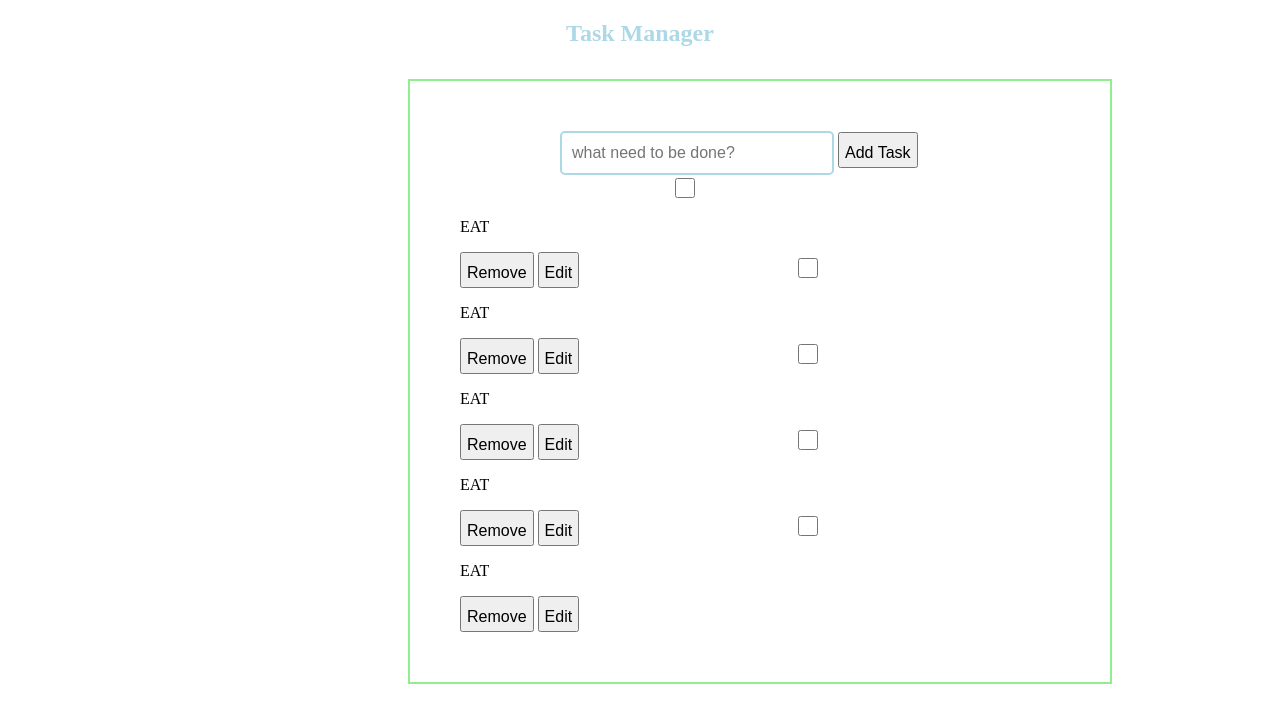
Repository: sristigupta04/basic-js-project
Page: todo app/title.html
The author's editor kept a copy of each file at every save. The page is drawn from the files as they stood at one save, then again after the next save.
The browser window is 1280 px wide. The pictures show the whole page.

Above is the page before, as saved 2025-10-28 19:03:48.

### todo app/title.html
<!DOCTYPE html>
<html lang="en">
<head>
    <meta charset="UTF-8">
    <meta name="viewport" content="width=device-width, initial-scale=1.0">
    <title>Todo App</title>
    <link rel="stylesheet" href="title.css"/>
</head>
<body>
    <h2> Task Manager</h2>
    <div class="contain">
        <input type="text" placeholder="what need to be done?"></input>
        <button>Add Task</button>

        <div class="row">
            <input type="checkbox"><p> EAT</p> <button>Remove</button> <button>Edit</button>
            <input type="checkbox"><p> EAT</p> <button>Remove</button> <button>Edit</button>
             <input type="checkbox"><p> EAT</p> <button>Remove</button> <button>Edit</button>
              <input type="checkbox"><p> EAT</p> <button>Remove</button> <button>Edit</button>
               <input type="checkbox"><p> EAT</p> <button>Remove</button> <button>Edit</button>
        </div>
    </div>
</body>
</html>

### todo app/title.css
.body{

    text-align: center;
    font-family: 'Trebuchet MS', 'Lucida Sans Unicode', 'Lucida Grande', 'Lucida Sans', Arial, sans-serif;
    margin:0;
    padding: 0;
}

h2{
color:lightblue;
margin-top: 20px;
justify-content: center;
display: flex;
}
.contain{
 border: 2px solid lightgreen;
 width:600px;
 height: auto;
 margin-left: 400px;
 margin-top: 2rem;
 padding: 50px;
}
.contain input{
    width:250px;
    height: 20px;
    padding: 10px;
    font-size: 1rem;
     border:2px solid lightblue;
     border-radius: 5px;
     outline: none;
     margin-left: 100px;

}
.contain button{
     padding:  10px 5px 4px;
       font-size:1rem;
       border;
}

After the next save:
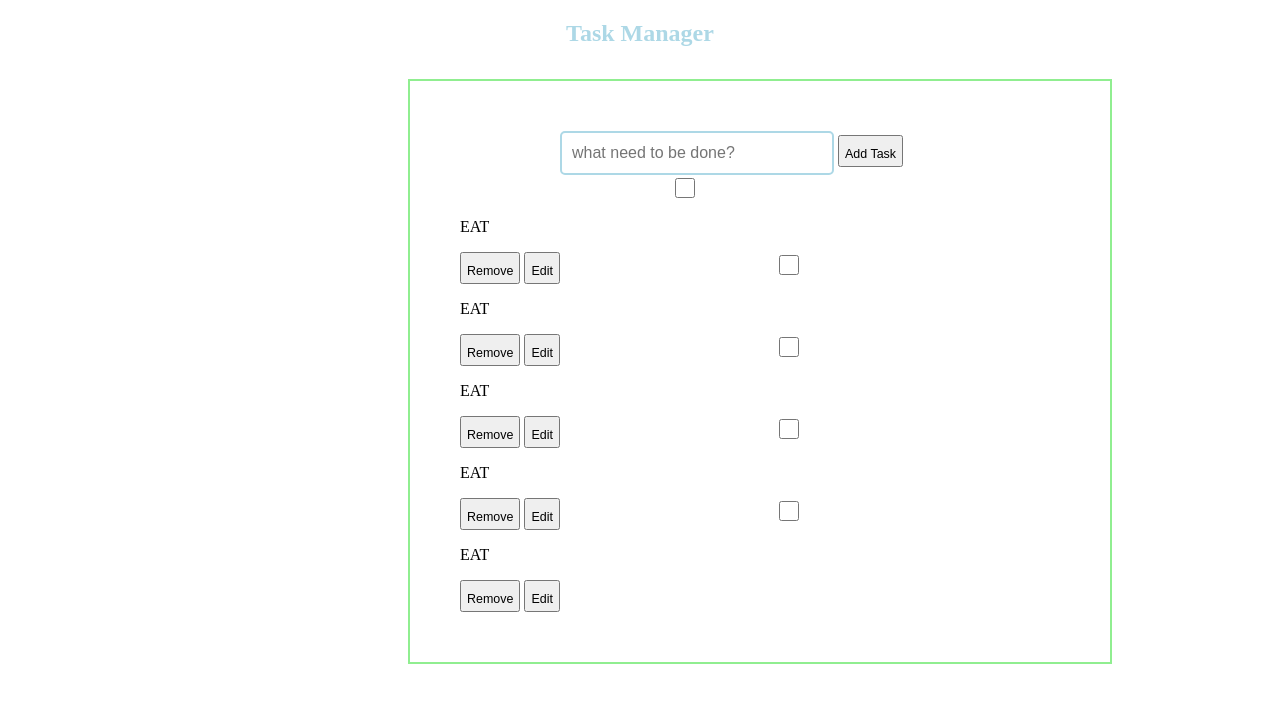
Saved 9 s later.
--- a/todo app/title.css
+++ b/todo app/title.css
@@ -33,6 +33,6 @@ display: flex;
 }
 .contain button{
      padding:  10px 5px 4px;
-       font-size:1rem;
+       font-size:0.78rem;
        border;
 }
